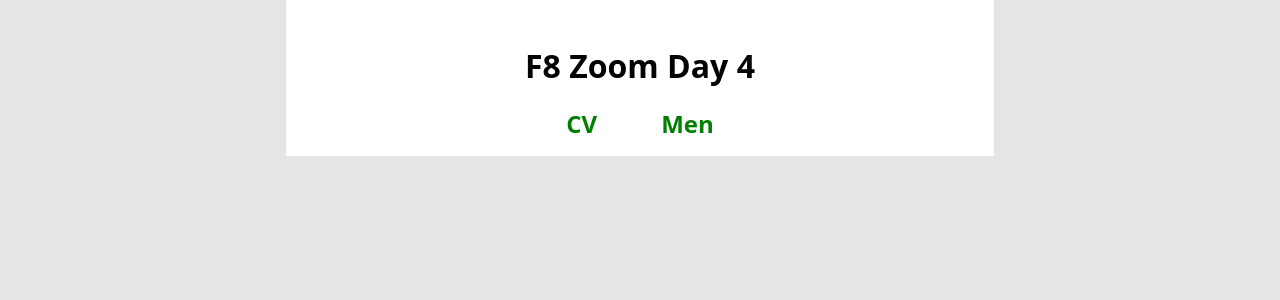
Repository: lannguyen1301/f8-zoom-day-4
Page: index.html
An editor plug-in stored every save of this project. The page is shown before and after a run of saves, followed by the edit.
The browser window is 1280 px wide. The pictures show the whole page.

Above is the page before, as saved 2025-04-17 22:27:21.

### index.html
<!DOCTYPE html>
<html lang="en">

<head>
    <meta charset="UTF-8">
    <meta name="viewport" content="width=device-width, initial-scale=1.0">
    <title>f8-zoom-day-4</title>
    <link rel="stylesheet" href="./assets/css/reset.css">
    <link rel="stylesheet" href="./assets/css/style.css">
</head>

<body>
    <div class="content">
        <div class="">
            <h1 class="title">F8 Zoom Day 4</h1>
            <ul class="list">
                <li class="item">
                    <a href="./cv.html" class="link">CV</a>
                </li>
                <li class="item">
                    <a href="./menu.html" class="link">Men</a>
                </li>
            </ul>
        </div>
    </div>
</body>

</html>

### assets/css/style.css
* {
    box-sizing: border-box;
}

body {
    margin: 0 auto;
    font-size: 16px;
    font-family: system-ui, "Segoe UI", Roboto, Helvetica, Arial, sans-serif,
        "Apple Color Emoji", "Segoe UI Emoji", "Segoe UI Symbol";
    background-color: #e6e5e5;
}

a {
    text-decoration: none;
}

.content {
    max-width: 708px;
    margin: inherit;
    padding: 20px 52px;
    background-color: #fff;
}

.title {
    margin: 30px 0;
    font-size: 32px;
    color: #020202;
    font-weight: 900;
    text-align: center;
}

.list {
    margin: 0 auto;
    text-align: center;
    font-size: 16px;
    color: green;
    font-weight: 500;
}

.item {
    display: inline-block;
    margin: 0 20px;
    font-weight: 900;
    font-size: 1.5rem;
}

.link {
    color: inherit;
    padding: 10px;
}

.item:hover > .link {
    color: orange;
    background-color: #fff;
    padding: 10px;
    border-radius: 5px;
}

Loaded but not shown: assets/css/reset.css (common file)

After the next 2 saves:
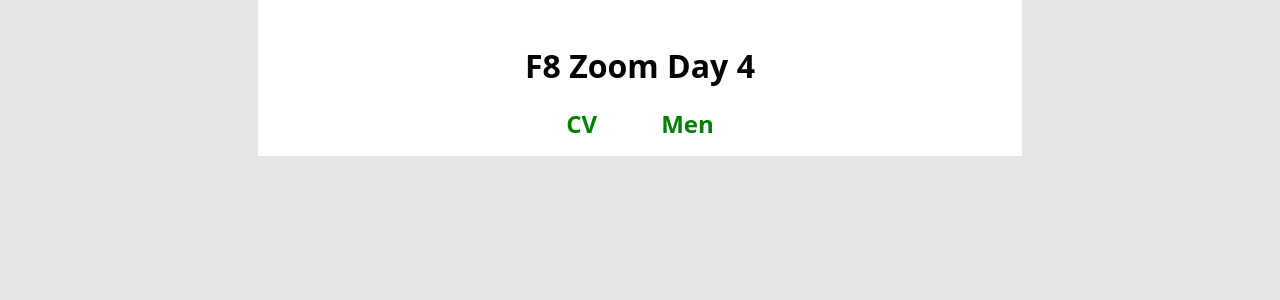
The 2 saves are shown as one change because they came seconds apart.
The last was saved 15 min 15 s later.
--- a/assets/css/style.css
+++ b/assets/css/style.css
@@ -15,7 +15,7 @@ a {
 }
 
 .content {
-    max-width: 708px;
+    max-width: 764px;
     margin: inherit;
     padding: 20px 52px;
     background-color: #fff;
